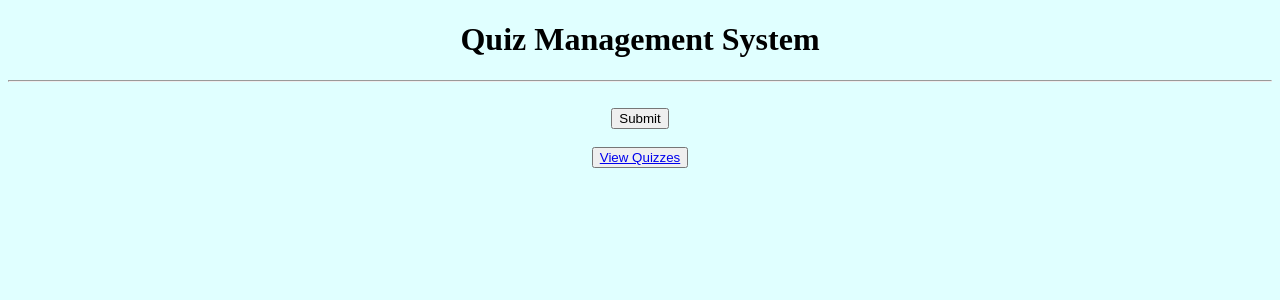
Repository: Rohitsenpai01/Quiz-Manangement-System
Page: http://localhost/WebQuizApp/questionlist.jsp
These files come from the project's save history. The page is drawn as it stood at one moment and after the next save; the edit follows.
The browser window is 1280 px wide. The pictures show the whole page.
The page is served by Tomcat 9. Other server files are loaded and not shown. Queries for data that is not in the repository find no rows.

Above is the page before, as saved 2025-12-31 14:05:52.

### WebQuizApp/WebQuizApp/src/main/webapp/questionlist.jsp
<%@ page language="java" contentType="text/html; charset=UTF-8"
    pageEncoding="UTF-8"%>
<%@ taglib prefix="c" uri="http://java.sun.com/jsp/jstl/core" %>
<!DOCTYPE html>
<html>
<head>
<meta charset="UTF-8">
<title>Insert title here</title>
</head>
<body bgcolor="${initParam.theme}">
	<h1 style="text-align: center;">${initParam.appTitle}</h1><hr><br>
	<div style="text-align: center;">
		<jsp:useBean id="quli" class="com.app.beans.QuestionListBean"/>
		${quli.fetchQuestions()}
		<form method="post" action="">
			<c:forEach var="qulist" items="${quli.questionList}">
				<p>${qulist.text}</p><br>
				<input type="radio" name="que">${quli.a}<br>
				<input type="radio" name="que">${quli.b}<br>
				<input type="radio" name="que">${quli.c}<br>
				<input type="radio" name="que">${quli.d}<br>
			</c:forEach>
			<input type="submit" value="Submit"><br><br>
		</form>
		<button><a href="quizlist.jsp">View Quizzes</a></button><br><br>
	</div>
</body>
</html>

### WebQuizApp/WebQuizApp/src/main/java/com/app/beans/QuestionListBean.java
package com.app.beans;

import java.util.List;

import com.app.daos.QuestionDao;
import com.app.daos.QuestionDaoImp;
import com.app.pojos.Question;

public class QuestionListBean {
	private List<Question> questionList;

	public QuestionListBean() {
		super();
	}

	public List<Question> getQuestionList() {
		return questionList;
	}

	public void setQuestionList(List<Question> questionList) {
		this.questionList = questionList;
	}

	public void fetchQuestions() {
		try(QuestionDao queDao = new QuestionDaoImp()) {
			this.questionList = queDao.getAll();
		} catch (Exception e) {
			e.printStackTrace();
		}
	}
}

### WebQuizApp/WebQuizApp/src/main/java/com/app/daos/QuestionDao.java
package com.app.daos;

import java.util.List;

import com.app.pojos.Question;
import com.app.pojos.Quiz;

public interface QuestionDao extends AutoCloseable{
	List<Question> getAll() throws Exception;
	/*
	int insertTitle(Quiz q) throws Exception;
	int insertQuestion(Question que) throws Exception;
	*/
	void insert(Question qs,Quiz q) throws Exception;
}

### WebQuizApp/WebQuizApp/src/main/java/com/app/daos/Dao.java
package com.app.daos;

import java.sql.Connection;
import com.app.util.DbUtil;

public class Dao implements AutoCloseable{
	protected Connection con;
	public Dao() throws Exception{
		con = DbUtil.getConnection();
	}
	public void close() throws Exception {
		if(con != null) {
			con.close();
		}
	}
}

### WebQuizApp/WebQuizApp/src/main/java/com/app/daos/QuestionDaoImp.java
package com.app.daos;

import java.sql.PreparedStatement;
import java.sql.ResultSet;
import java.util.ArrayList;
import java.util.List;

import com.app.pojos.Question;
import com.app.pojos.Quiz;

public class QuestionDaoImp extends Dao implements QuestionDao{
	private PreparedStatement stmtInsertTitle;
	private PreparedStatement stmtGetAll;
	private PreparedStatement stmtInsertQuestion;

	public QuestionDaoImp() throws Exception {
		stmtGetAll = con.prepareStatement("SELECT question_id, quiz_id, question_text, option_a, option_b, option_c, option_d FROM questions");
		stmtInsertQuestion = con.prepareStatement("INSERT INTO questions " + "(quiz_id, question_text, option_a, option_b, option_c, option_d, correct_option)" + "VALUES (?, ?, ?, ?, ?, ?, ?)");
		stmtInsertTitle = con.prepareStatement("SELECT quiz_id FROM quizzes WHERE title=?");
	}

	public void close() throws Exception {
		stmtGetAll.close();
		stmtInsertTitle.close();
		stmtInsertQuestion.close();
	}

	@Override
	public List<Question> getAll() throws Exception {
		List<Question> list = new ArrayList<>();
		try(ResultSet rs = stmtGetAll.executeQuery()) {
			while(rs.next()) {
				int id = rs.getInt("id");
				int quiz_id = rs.getInt("quiz_id");
				String text = rs.getString("text");
				String a = rs.getString("a");
				String b = rs.getString("b");
				String c = rs.getString("c");
				String d = rs.getString("d");
				String cor = rs.getString("correct");
				char correct = cor.charAt(0);
				Question que = new Question(id, quiz_id, text, a, b, c, d, correct);
				list.add(que);
			}
		}
		return list;
	}
	/*
	@Override
	public int insertTitle(Quiz q) throws Exception {
		stmtInsertTitle.setString(1, q.getTitle());

	}

	@Override
	public int insertQuestion(Question que) throws Exception {
		// TODO Auto-generated method stub
		return 0;
	}
	*/

	@Override
	public void insert(Question qs, Quiz q) throws Exception {
	    // We use the quiz_id already set in the Question object
	    String sql = "INSERT INTO questions (quiz_id, question_text, option_a, option_b, option_c, option_d, correct_option) VALUES (?, ?, ?, ?, ?, ?, ?)";
	    try (PreparedStatement ps = con.prepareStatement(sql)) {
	        ps.setInt(1, qs.getQuiz_id());
	        ps.setString(2, qs.getText());
	        ps.setString(3, qs.getA());
	        ps.setString(4, qs.getB());
	        ps.setString(5, qs.getC());
	        ps.setString(6, qs.getD());
	        ps.setString(7, String.valueOf(qs.getCorrect()));
	        ps.executeUpdate();
	    }
	}
}

### WebQuizApp/WebQuizApp/src/main/java/com/app/util/DbUtil.java
package com.app.util;

import java.sql.Connection;
import java.sql.DriverManager;

public class DbUtil {
	private static final String DB_DRIVER = "com.mysql.cj.jdbc.Driver";
	private static final String DB_URL = "jdbc:mysql://localhost:3306/quiz_management_system";
	private static final String DB_USER = "root";
	private static final String DB_PASSWD = "manager";

	static {
		try {
			Class.forName(DB_DRIVER);
		} catch(Exception e) {
			e.printStackTrace();
			System.exit(1);
		}
	}

	public static Connection getConnection() throws Exception {
		Connection con = DriverManager.getConnection(DB_URL, DB_USER, DB_PASSWD);
		return con;
	}
}

### WebQuizApp/WebQuizApp/src/main/java/com/app/pojos/Question.java
package com.app.pojos;

public class Question {
	public int id;
	public int quiz_id;
	public String text;
	public String a;
	public String b;
	public String c;
	public String d;
	public char correct;

	public Question() {
	}

	public Question(int id, int quiz_id, String text, String a, String b, String c, String d, char correct) {
		this.id = id;
		this.quiz_id = quiz_id;
		this.text = text;
		this.a = a;
		this.b = b;
		this.c = c;
		this.d = d;
		this.correct = correct;
	}

	public int getId() {
		return id;
	}

	public void setId(int id) {
		this.id = id;
	}

	public int getQuiz_id() {
		return quiz_id;
	}

	public void setQuiz_id(int quiz_id) {
		this.quiz_id = quiz_id;
	}

	public String getText() {
		return text;
	}

	public void setText(String text) {
		this.text = text;
	}

	public String getA() {
		return a;
	}

	public void setA(String a) {
		this.a = a;
	}

	public String getB() {
		return b;
	}

	public void setB(String b) {
		this.b = b;
	}

	public String getC() {
		return c;
	}

	public void setC(String c) {
		this.c = c;
	}

	public String getD() {
		return d;
	}

	public void setD(String d) {
		this.d = d;
	}

	public char getCorrect() {
		return correct;
	}

	public void setCorrect(char correct) {
		this.correct = correct;
	}

}

After the next save:
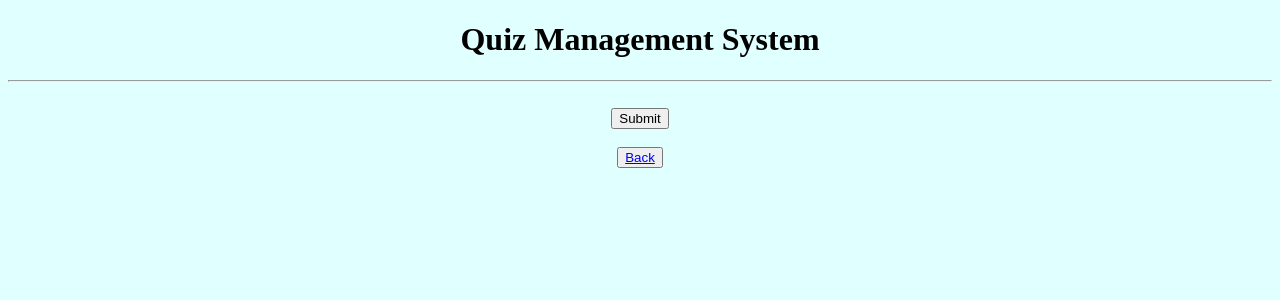
Saved 30 s later.
--- a/WebQuizApp/WebQuizApp/src/main/webapp/questionlist.jsp
+++ b/WebQuizApp/WebQuizApp/src/main/webapp/questionlist.jsp
@@ -22,7 +22,7 @@
 			</c:forEach>
 			<input type="submit" value="Submit"><br><br>
 		</form>
-		<button><a href="quizlist.jsp">View Quizzes</a></button><br><br>
+		<button><a href="quizlist.jsp">Back</a></button><br><br>
 	</div>
 </body>
 </html>
